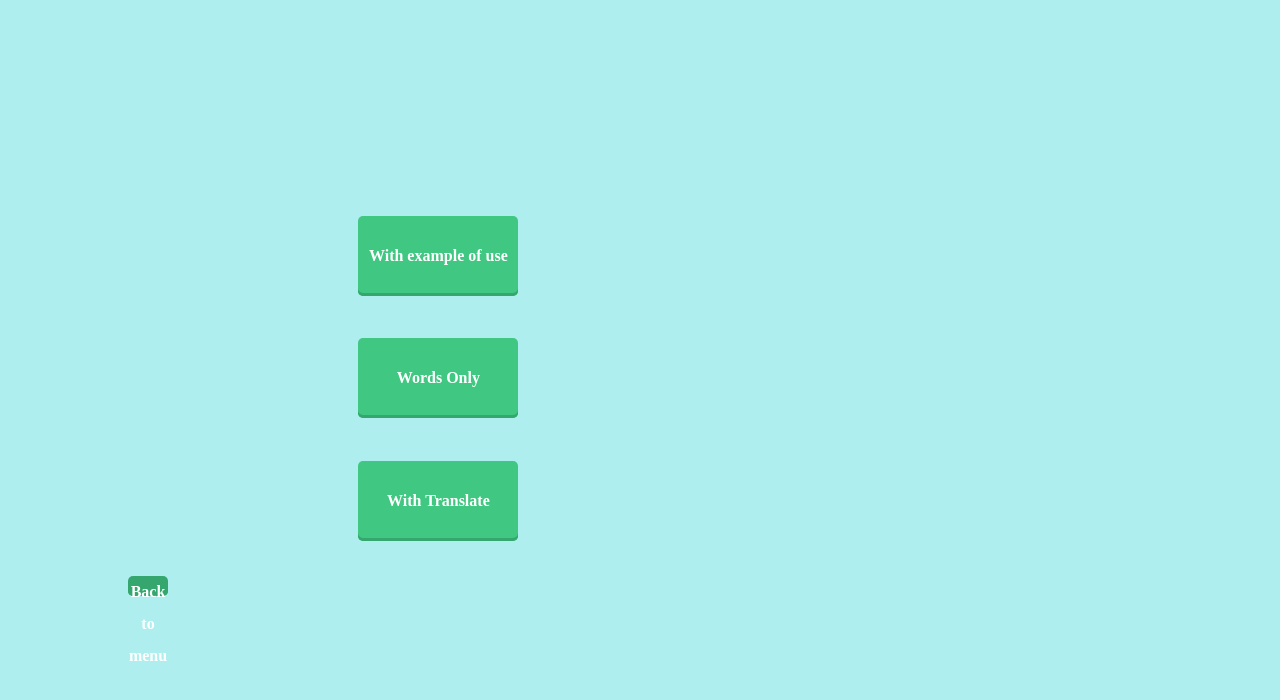
Repository: Artem-Brunov/msu_prac
Page: workspace/BasicUI/NewSettings.html
An editor plug-in stored every save of this project. The page is shown before and after the next save, followed by the edit.
The browser window is 1280 px wide. The pictures show the whole page.

Above is the page before, as saved 2017-11-20 02:06:19.

After the next save:
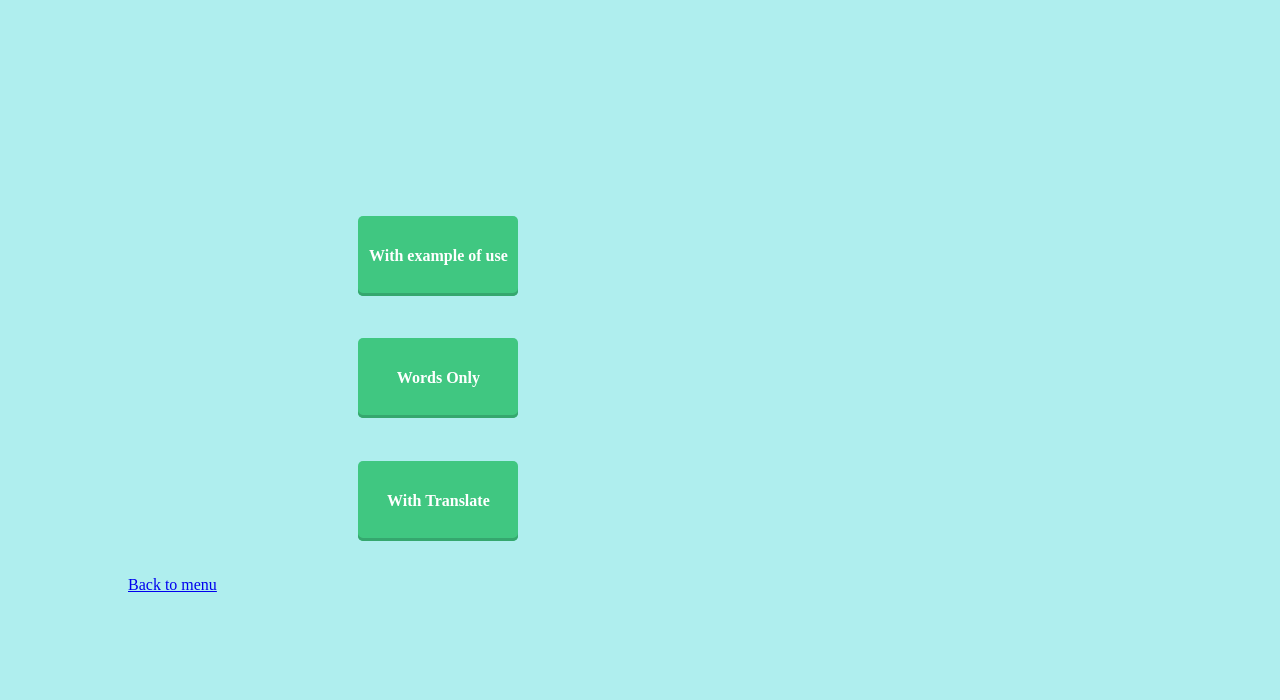
Saved 83 s later.
--- a/workspace/BasicUI/css/style.css
+++ b/workspace/BasicUI/css/style.css
@@ -51,24 +51,3 @@ a.first_button:active {
   	left: 28%;
 
 }
-
-a.back {
-
-	display: block;
-	width: 40px;
-	height: 20px;
-  	line-height: 2em;
-	border-radius: 5px;
- 	background: rgb(64,199,129);
-	box-shadow: 0 -3px rgb(53,167,110) inset;
-	font-weight: 900;
-  	color: white;
-  	text-align: center;
-  	text-decoration: none;
-  	transition: 0.2s;
-}
-a.back { background: rgb(53, 167, 110); }
-a.back:active {
-  background: rgb(33,147,90);
-  box-shadow: 0 3px rgb(33,147,90) inset;
-}
